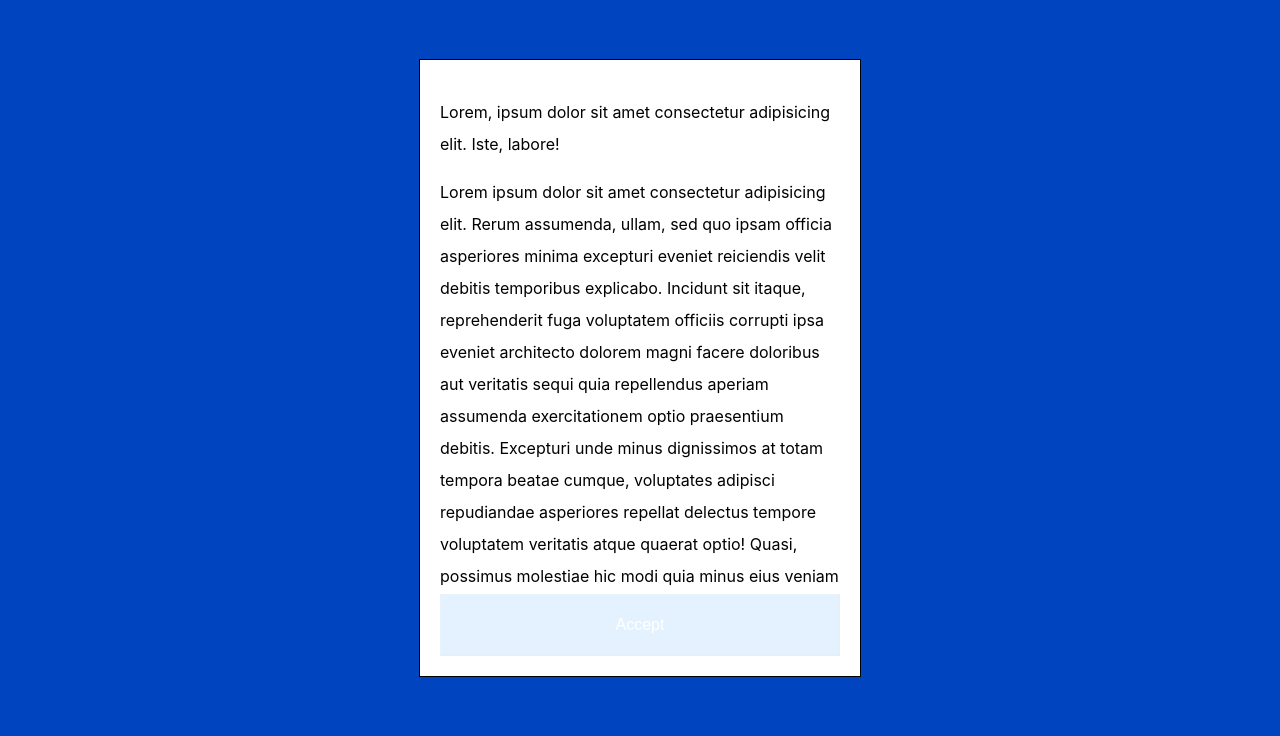
Repository: spidero7/Scroll-To-Accept-Terms
Page: index.html
An editor plug-in stored every save of this project. The page is shown before and after the next save, followed by the edit.
The browser window is 1280 px wide. The pictures show the whole page.

Above is the page before, as saved 2021-09-17 06:33:20.

After the next save:
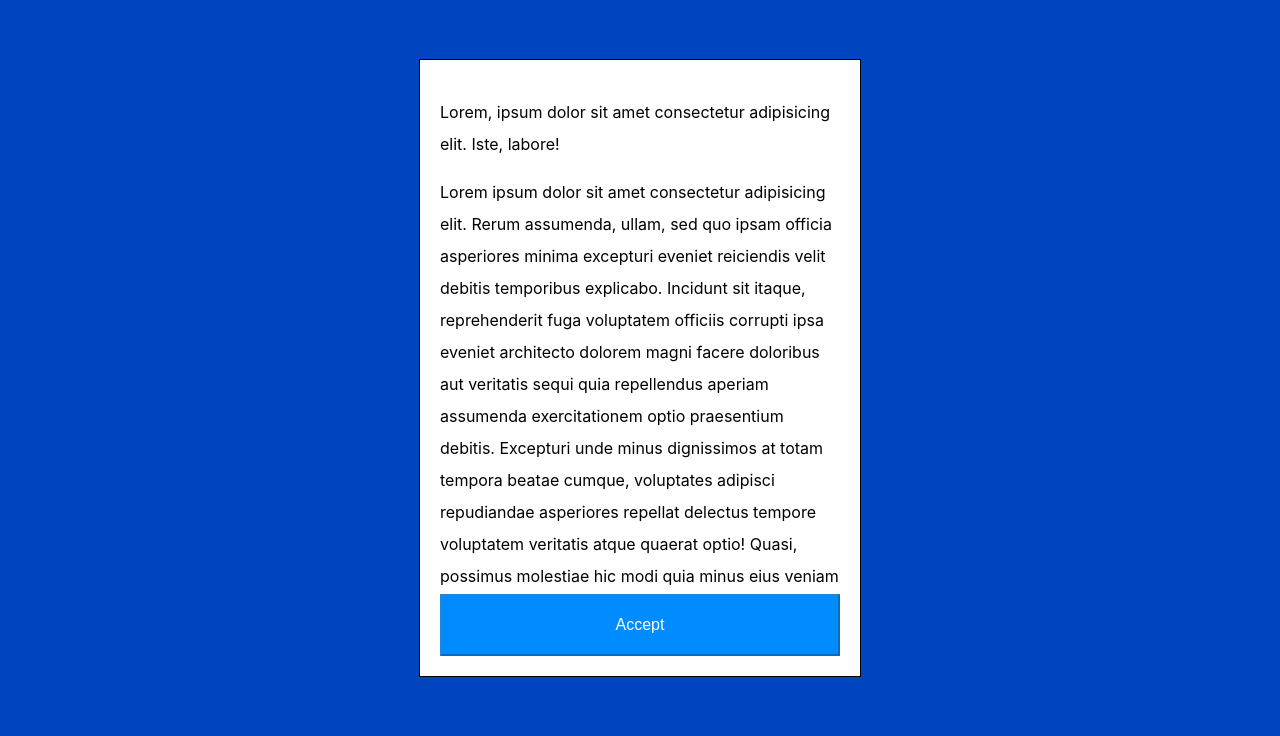
Saved 14 s later.
--- a/style.css
+++ b/style.css
@@ -26,9 +26,7 @@
     transition: all 0.2s;
   }
 
-  button[disabled] {
-    opacity: 0.1;
-  }
+
 
   .terms-and-conditions {
     overflow: scroll;

After the save that followed:
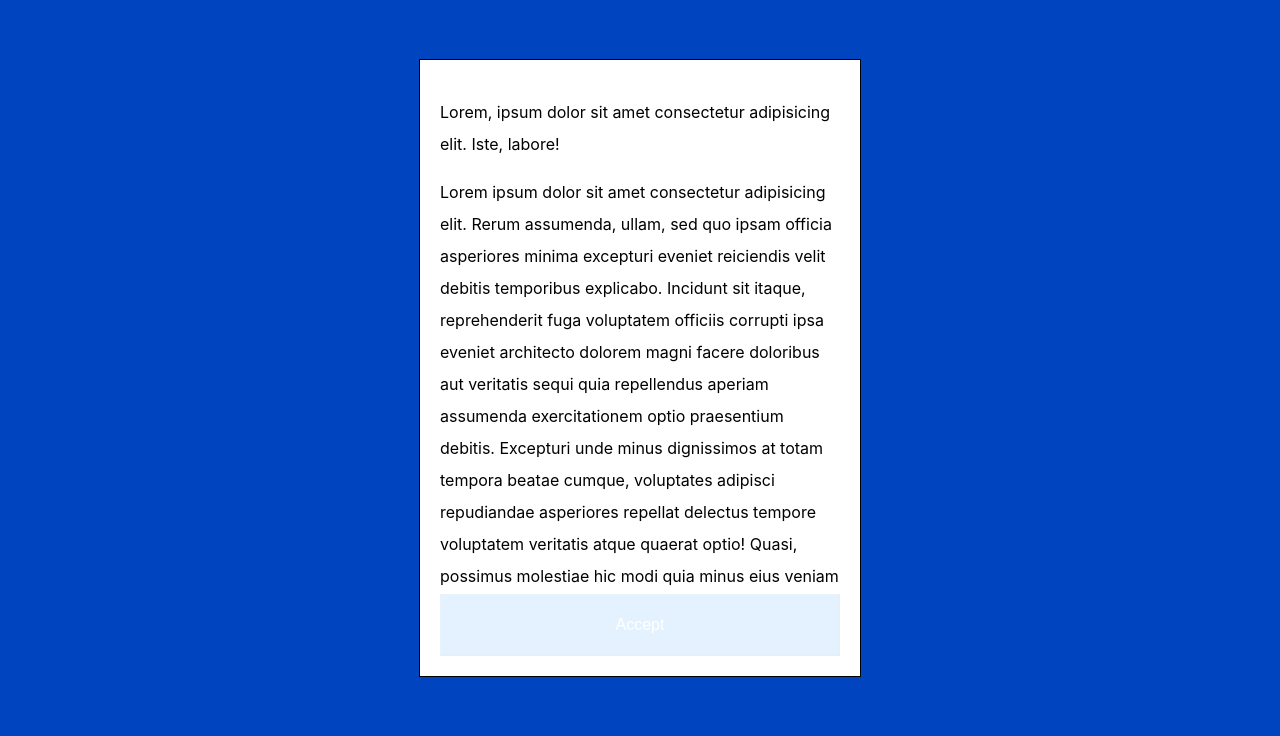
Saved 5 s later.
--- a/style.css
+++ b/style.css
@@ -26,7 +26,9 @@
     transition: all 0.2s;
   }
 
-
+  button[disabled] {
+    opacity: 0.1;
+  }
 
   .terms-and-conditions {
     overflow: scroll;
